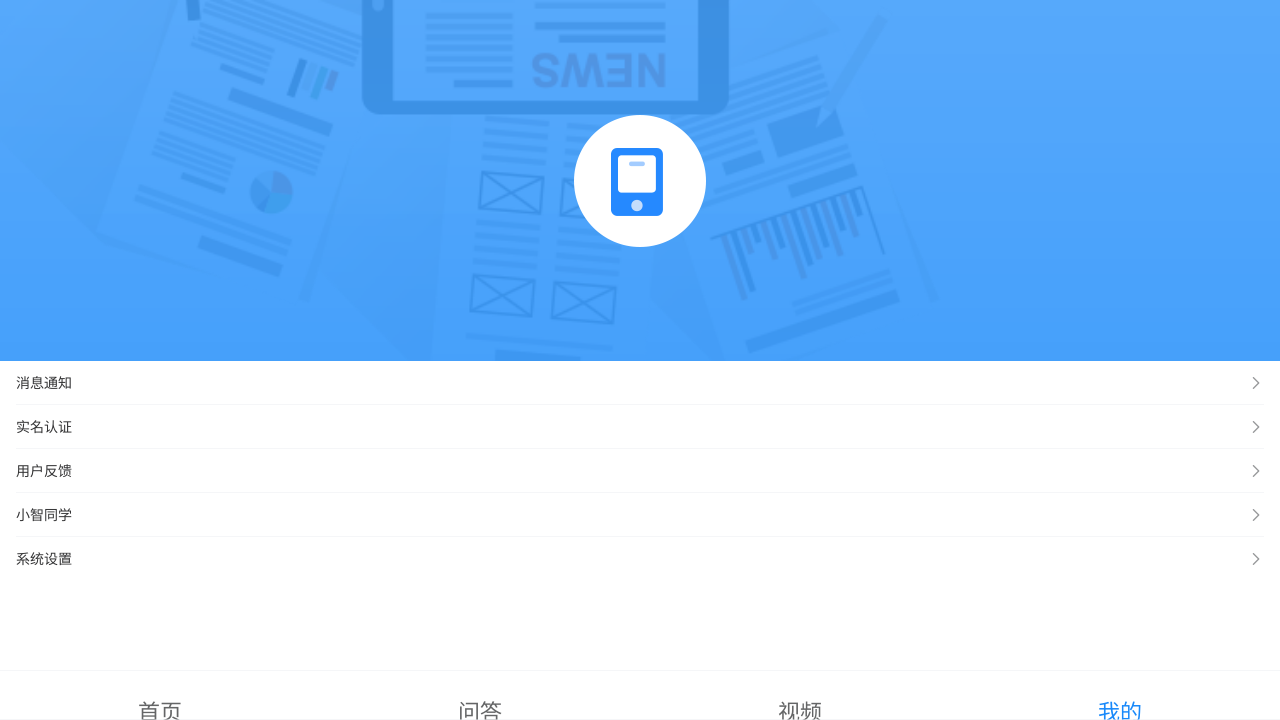
Repository: Tsukiau/yj-toutiao-m
Page: /#/my
An editor plug-in stored every save of this project. The page is shown before and after the next save, followed by the edit.
The browser window is 1280 px wide. The pictures show the whole page.
Some web fonts or font styles are not loaded; a fallback is used. The project was rebuilt for these pictures with package versions that can differ from the ones it lists, and the page was loaded fresh each time. Also part of the build but not shown: vue.config.js.

Above is the page before, as saved 2022-11-06 14:39:02.

After the next save:
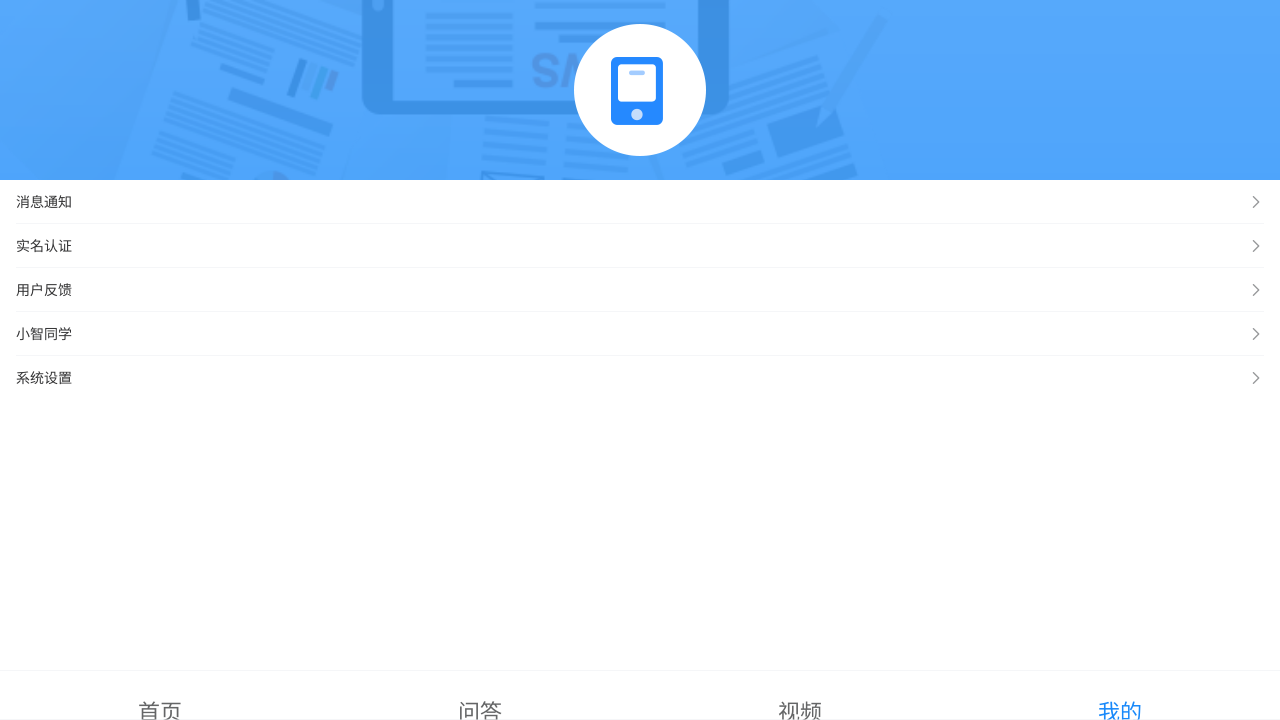
Saved 43 s later.
--- a/src/views/my/index.vue
+++ b/src/views/my/index.vue
@@ -35,7 +35,7 @@
 <style scoped lang="less">
 .my-container {
   > .header {
-    height: 361px;
+    height: 180px;
     background: url("~@/assets/banner.png") no-repeat;
     background-size: cover;
     display: flex;

After the save that followed:
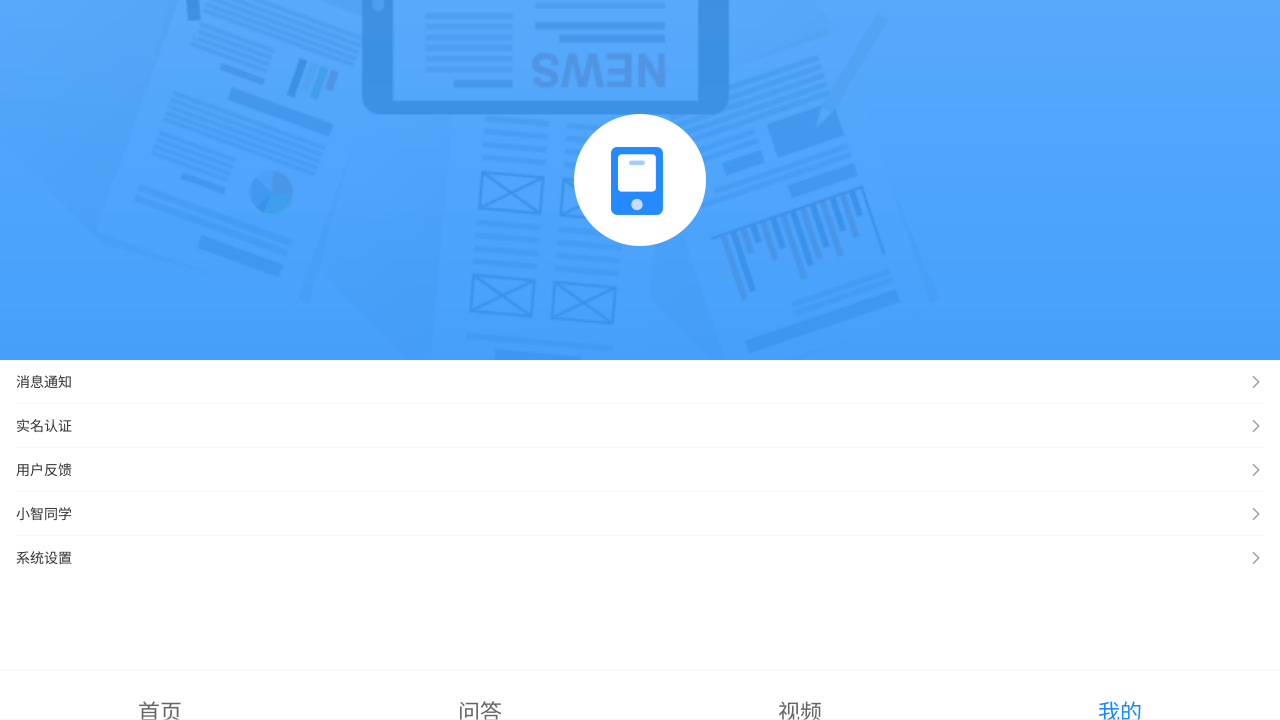
Saved 5 s later.
--- a/src/views/my/index.vue
+++ b/src/views/my/index.vue
@@ -35,7 +35,7 @@
 <style scoped lang="less">
 .my-container {
   > .header {
-    height: 180px;
+    height: 360px;
     background: url("~@/assets/banner.png") no-repeat;
     background-size: cover;
     display: flex;
